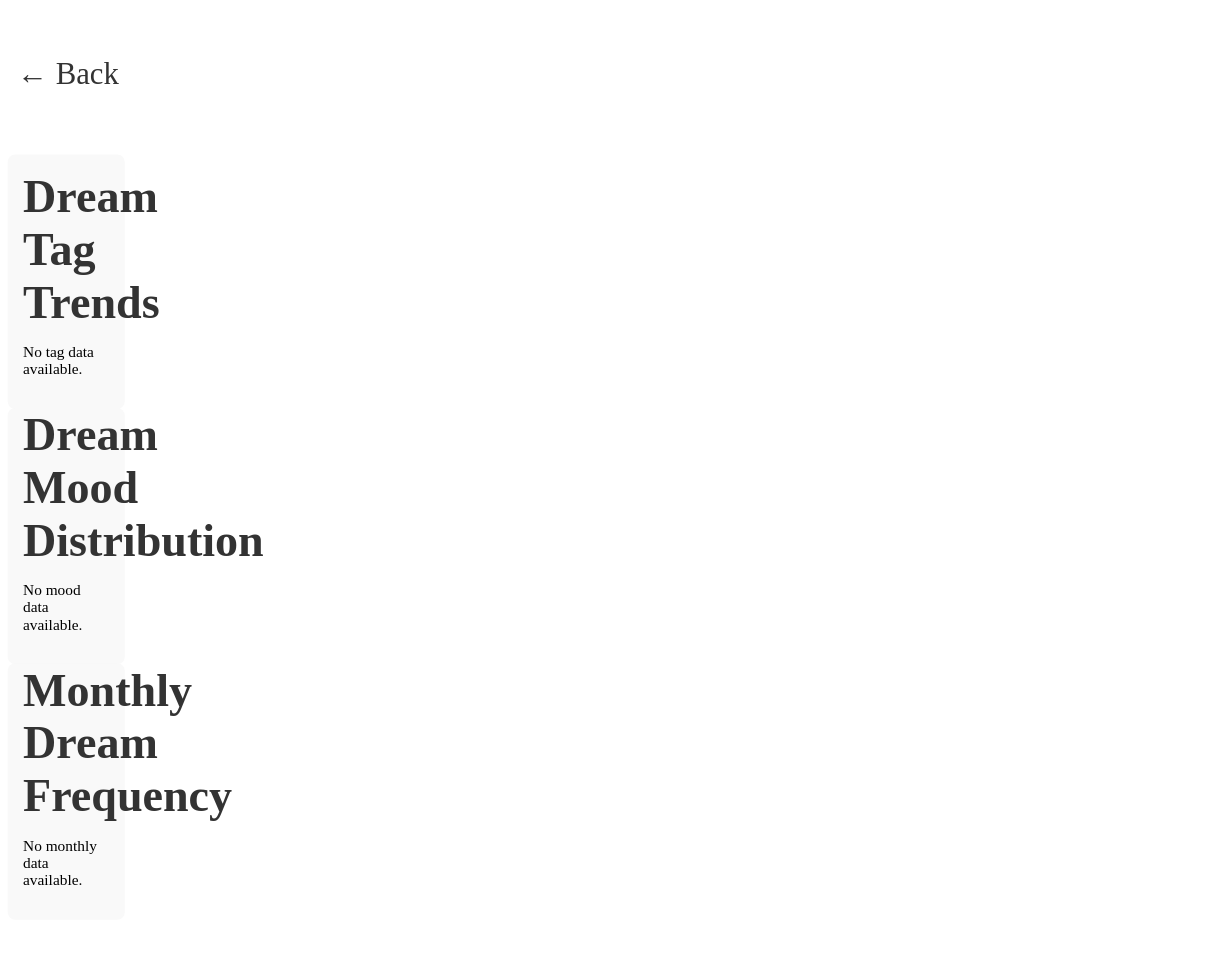
Repository: software-students-spring2025/2-web-app-blabla
Page: templates/analysis.html
An editor plug-in stored every save of this project. The page is shown before and after a run of saves, followed by the edit.
The browser window is 1280 px wide. The pictures show the whole page, at 96% of full size.
Some web fonts or font styles are not loaded; a fallback is used. The template is drawn by Flask 3. The application's start-up code is not run. Other server files are loaded and not shown. The template is opened directly, without the code that normally fills it, so the values that code supplies are empty.

Above is the page before, as saved 2025-03-02 15:49:25.

### templates/analysis.html
<!DOCTYPE html>
<html>
  <head>
    <title>Analysis Page</title>
    <link rel="stylesheet" href="/static/css/style.css">
    <link
      href="https://fonts.googleapis.com/css2?family=Indie+Flower&display=swap"
      rel="stylesheet"
    />
    <style>
      .analysis-container {
        display: block;
        max-width: 900px;
        padding: 0;
      }

      .back-link {
        display: inline-block;
        margin-bottom: 1rem;
        text-decoration: none;
        font-size: 2rem;
        color: #333;
      }
      .back-link:hover {
        text-decoration: underline;
      }
      .trend-container {
        background: #f9f9f9;
        border-radius: 8px;
        padding: 1rem;
        margin: 0;
        display: block;
        width: 10%;
      }

      .trend-container + .trend-container {
        margin-top: -1px;
        border-top: none;
        padding-top: 0;
      }

      /* Larger font sizes */
      .trend-container h2 {
        margin: 0 0 1rem;
        font-size: 3rem;
        color: #333;
      }

      /* Remove default list styling, bigger font */
      .trend-container ul {
        list-style-type: none;
        padding-left: 0;
      }
      .trend-container li {
        margin-bottom: 0.5rem;
        font-size: 2rem;
      }
    </style>
  </head>
  <body>
    <div class="analysis-container">
      <!-- Back link -->
      <a class="back-link" href="/home">← Back</a>

      <!-- 1) Tag Trends -->
      <div class="trend-container">
        <h2>Dream Tag Trends</h2>
        {% if tag_trends %}
          <ul>
            {% for trend in tag_trends %}
              <li><strong>{{ trend._id }}:</strong> {{ trend.count }} dreams</li>
            {% endfor %}
          </ul>
        {% else %}
          <p>No tag data available.</p>
        {% endif %}
      </div>

      <!-- 2) Mood Distribution -->
      <div class="trend-container">
        <h2>Dream Mood Distribution</h2>
        {% if mood_trends %}
          <ul>
            {% for trend in mood_trends %}
              <li><strong>{{ trend._id }}:</strong> {{ trend.count }} dreams</li>
            {% endfor %}
          </ul>
        {% else %}
          <p>No mood data available.</p>
        {% endif %}
      </div>

      <!-- 3) Monthly Dream Frequency -->
      <div class="trend-container">
        <h2>Monthly Dream Frequency</h2>
        {% if month_trends %}
          <ul>
            {% for trend in month_trends %}
              <li>
                <strong>{{ trend._id.year }}-{{ trend._id.month }}:</strong>
                {{ trend.count }} dreams
              </li>
            {% endfor %}
          </ul>
        {% else %}
          <p>No monthly data available.</p>
        {% endif %}
      </div>
    </div>
  </body>
</html>

### static/css/style.css
@import url("https://fonts.googleapis.com/css2?family=Indie+Flower&display=swap");

body {
    font-family: 'Indie Flower', cursive;
    overflow-y:hidden
}

nav{
    display: flex;
    align-items: center;
    height: 100px;
    padding: 12px;
}

.home-container{
    padding:12px;
}

.search-icon{
    width: 60px;
    height: 60px;
}

.bubble-container {
    position: absolute;
    left: 50%;
    transform: translateX(-50%);
    display: flex;
    justify-content: center;
    align-items: stretch;
    width: 100vw;
    z-index: 2;
}

.bubble-img{
    height:860px;
    width: 1000px;
}

.bear-container{
    display:flex;
    flex-direction: column;
    justify-content: flex-end;
    height:90vh;
}

.dream-button{
    position:absolute;
    width:260px;
    height:198px;
    z-index: 2;
    font-size: 24pt;
    font-family: 'Indie Flower', cursive;
    top:80%;
    left: 50%;
    transform: translateX(-50%);
    fill:none;
    background-color: white;
    border: 12pt solid black;
    border-radius: 5pt;
}

.edit-container {
    display: flex;
    flex-direction: column;
    justify-content: space-between;
    width: 100vw;
    height: 100vh;
}

#tag-container{
    display:flex;
    justify-content: center;
    align-items: center;
    width:100vw;
    gap:50px;
    padding:12px;
    margin-top:80px;
}

.tag{
    width:156px;
    height:67px;
    font-size:24pt;
    background-color: transparent;
    border: 2pt solid black;
    border-radius: 5pt;

}

.back-link{
    font-size: 24pt;
    text-decoration: none;
    padding:50px 10px;
    color:black;
    display: block;
    text-align: left;
}

.input-container{
    display:flex;
    justify-content:center;
    margin-top: 40px;
}

#dream-description {
    width: 80%;
    max-width: 624px;
    height: 400px;
    padding: 10px;
    font-size: 18px;
    box-sizing: border-box;
    border: 2px solid black;
}

.button-container{
    display:flex;
    justify-content:center;
    gap:15px;
    margin-top:40px;
}

.edit-button{
    width: 156px;
    height:67px;
    font-size:24pt;
    background-color: transparent;
    border: 2px solid black;
    border-radius: 5px
}

.bear{
    display:flex;
    flex-direction: column;
    justify-content: flex-end;
    height:auto;
}

.analysis-container {
    display: flex;
    flex-direction: column;
    justify-content: space-between;
    width: 100vw;
    height: 100vh;
}

#dream-search{
    width:624px;
    height: 42px;
    font-size:24pt;
}

.login-container {
    display: flex;
    flex-direction: column;
    justify-content: center;
    align-items: center;
    width: 100vw;
    height: 100vh;
}

.input-container {
    display: flex;
    flex-direction: column;
    align-items: flex-start;
    margin-bottom: 15px;
}

.input-container label {
    font-size: 18px;
    margin-bottom: 5px;
}

.input-container input {
    width: 260px;
    height: 30px;
    font-size: 16px;
    border: 1px solid black;
    padding: 5px;
}

.button-container {
    margin-top: 20px;
}

.login-button {
    width: 260px;
    height: 40px;
    font-size: 18px;
    background-color: #D9D9D9;
    border: 2px solid black;
    border-radius: 5px;
    cursor: pointer;
}

.signup-text {
    font-size: 14px;
    margin-top: 15px;
}

.signup-link {
    font-size: 18px;
    font-weight: bold;
    text-decoration: none;
    color: black;
}

.login-image {
    width: 125px;
    height: 125px;
}

.signup-container {
    display: flex;
    flex-direction: column;
    justify-content: center;
    align-items: center;
    width: 100vw;
    height: 100vh;
}

.signup-button {
    width: 260px;
    height: 40px;
    font-size: 18px;
    background-color: #D9D9D9;
    border: 2px solid black;
    border-radius: 5px;
    cursor: pointer;
}

.signup-image {
    width: 125px;
    height: 125px;
}

.adddream-container {
    display: flex;
    flex-direction: column;
    justify-content: flex-start;
    align-items: center;
    width: 100vw;
    height: 100vh;
    padding: 20px;
}

.bear-header {
    margin-top: 60px;
    margin-bottom: 20px;
}
.bear-image {
    width: 150px;
    height: auto;
}

.date-container {
    margin-bottom: 20px;
    text-align: left;
    width: 80%;
    max-width: 624px;
}
.date-label {
    display: block;
    font-size: 16px;
    margin-bottom: 8px;
}
.date-inputs {
    display: flex;
    gap: 10px;
}
.date-inputs input {
    width: 90px;
    border: 1px solid black;
    padding: 5px;
    font-size: 16px;
    text-align: center;
}

.tags-container {
    margin-bottom: 20px;
    width: 80%;
    max-width: 624px;
}
.tags-container p {
    font-size: 16px;
    margin-bottom: 10px;
}
.tag {
    background-color: transparent;
    border: 2px solid black;
    border-radius: 5px;
    font-size: 18px;
    margin: 5px;
    padding: 5px 10px;
    cursor: pointer;
}

.description-container {
    width: 80%;
    max-width: 624px;
    margin-bottom: 20px;
}
.description-container label {
    display: block;
    font-size: 16px;
    margin-bottom: 8px;
}
#dream-description {
    width: 100%;
    height: 150px;
    border: 2px solid black;
    font-size: 16px;
    padding: 10px;
    box-sizing: border-box;
}

.save-dream-button {
    width: 220px;
    height: 40px;
    font-size: 18px;
    background-color: #D9D9D9;
    border: 2px solid black;
    border-radius: 5px;
    cursor: pointer;
}

.flash-message {
    font-weight: bold;
    margin: 10px 0;
  }

  .flash-message.error {
    color: red;
  }

  .flash-message.success {
    color: green;
  }
  /* Star Cloud Container */
  #star-container {
    position: absolute;
    top: 0;
    left: 0;
    width: 100%;
    height: 500px; /* 根据需要调整高度 */
    background: transparent;
    z-index: 3; /* 确保高于背景但低于其他关键元素 */
  }


  /* Star Button Style */
  .star {
    width: 50px;
    height: 50px;
    background: url("/static/images/star.svg") no-repeat center;
    background-size: contain;
    position: absolute;
    cursor: pointer;
  }

  /* Tooltip on hover for star button */
  .star:hover::after {
    content: attr(title);
    position: absolute;
    bottom: -25px;
    left: 0;
    background: rgba(255, 255, 255, 0.8);
    color: #000;
    padding: 3px 5px;
    border-radius: 3px;
    white-space: nowrap;
    z-index: 999;
  }

#search-box{
    width:300px;
    height:50px;
    font-size: 16pt;
    padding-left: 20px;
    display: none;
}

.analysis-button {
    font-family: 'Indie Flower', cursive;
    padding: 10px 20px;
    font-size: 24px;
    border: none;
    border-radius: 5px;
    cursor: pointer;
  }

.center-button-container {
    position: absolute;
    left: 50%;
    transform: translate(-50%, -50%);
}

After the next 2 saves:
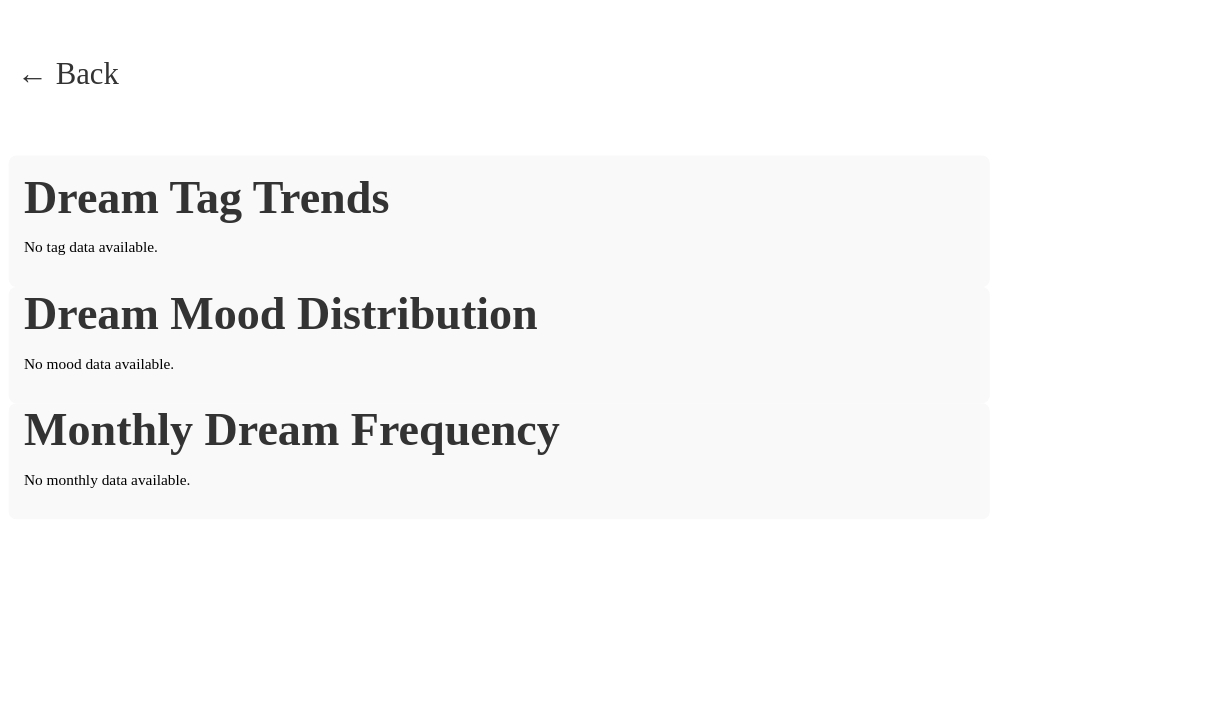
The 2 saves are shown as one change because they came seconds apart.
The last was saved 10 s later.
--- a/templates/analysis.html
+++ b/templates/analysis.html
@@ -28,9 +28,9 @@
         background: #f9f9f9;
         border-radius: 8px;
         padding: 1rem;
-        margin: 0;
+        margin: 1px;
         display: block;
-        width: 10%;
+        width: 110%;
       }
 
       .trend-container + .trend-container {
